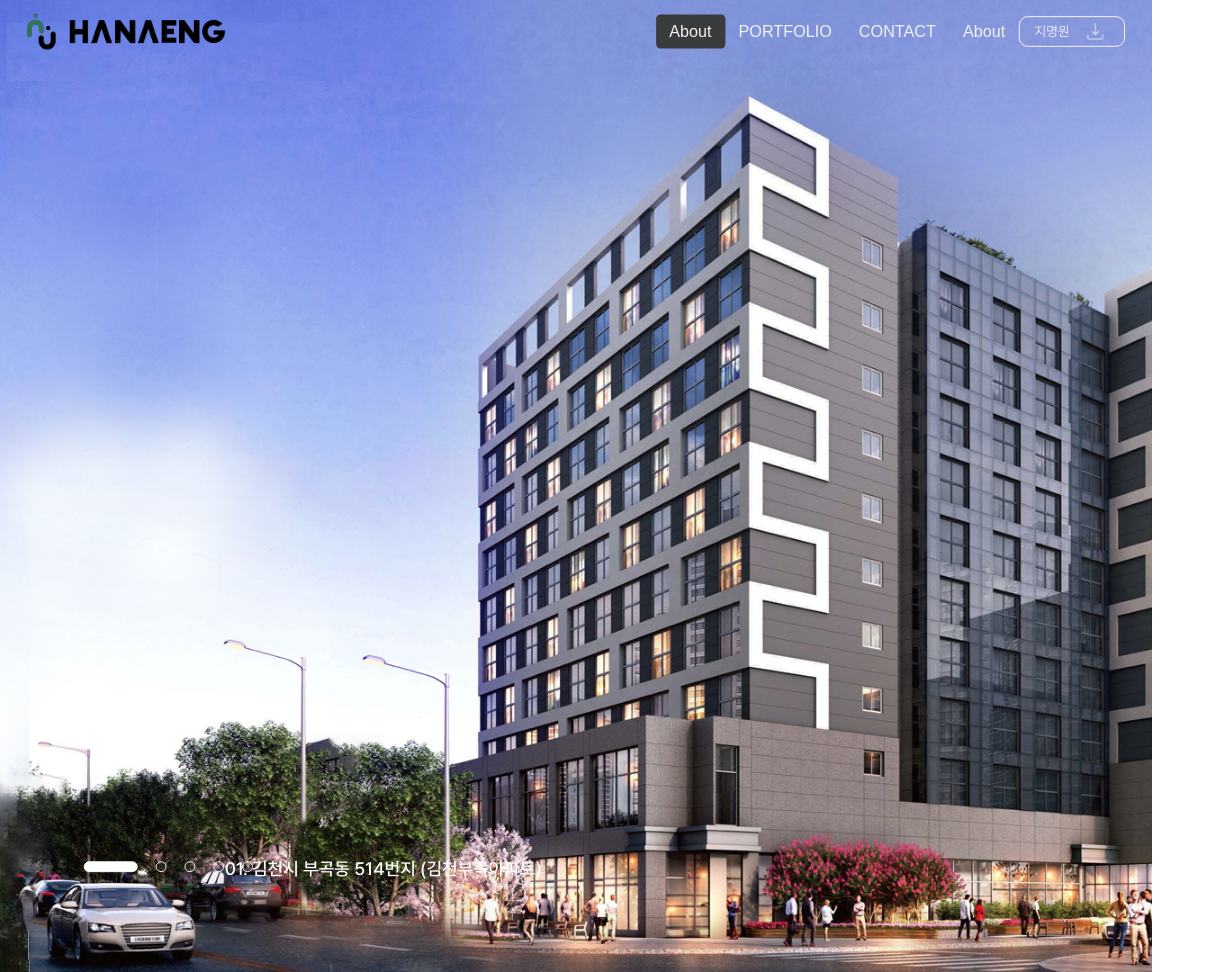
Repository: makeditWeb/hanaenc
Page: main.html
The author's editor kept a copy of each file at every save. The page is drawn from the files as they stood at one save, then again after the next save.
The browser window is 1280 px wide. The page is 1363 px wide, so the pictures cover 1363 px, including what lies to the right of the window. The pictures show the whole page, at 90% of full size.
The pointer rests on the first visible `.nav-links li a`.
Some web libraries are served in a nearby version.

Above is the page before, as saved 2023-07-05 20:26:00.

After the next save:
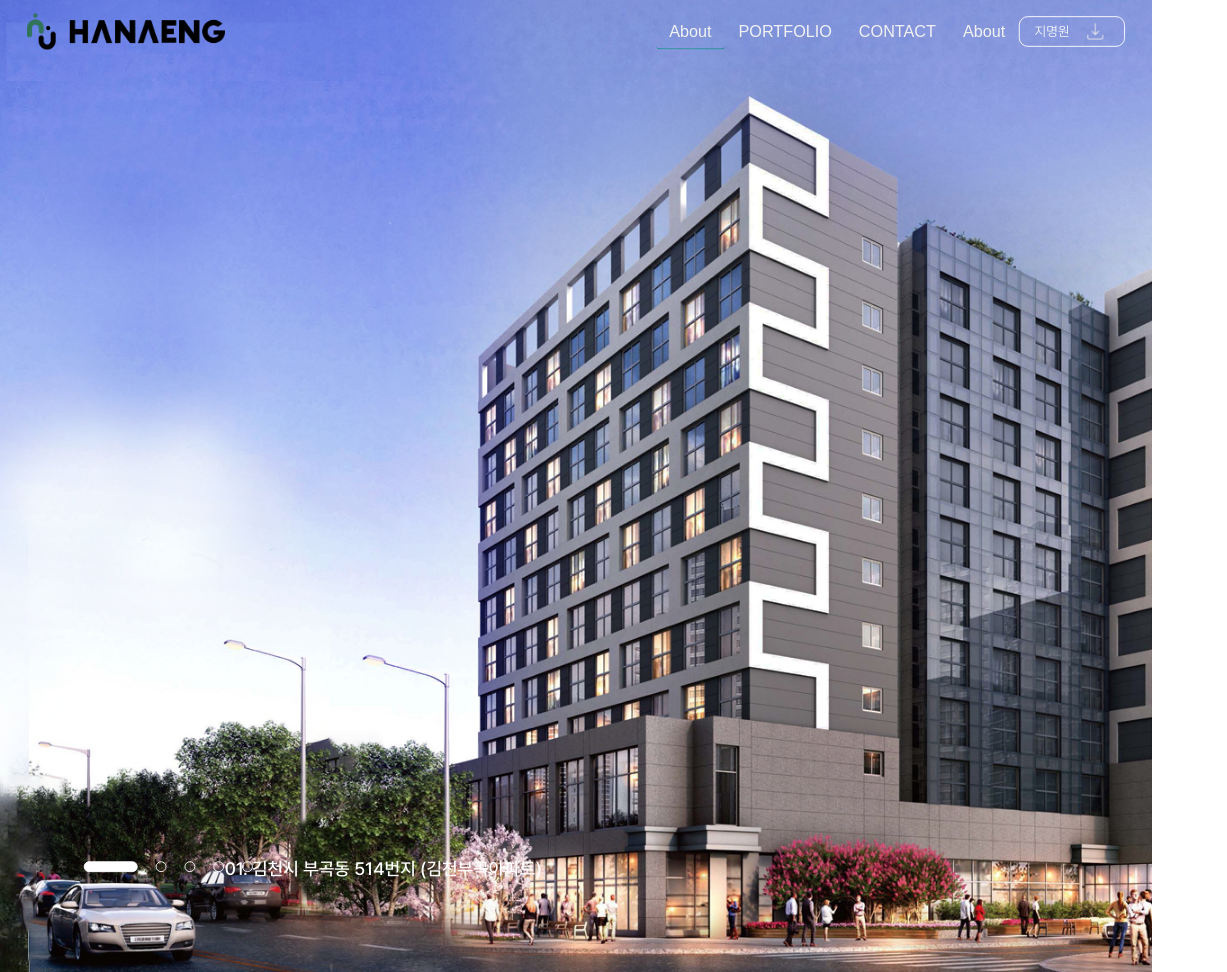
Saved 31 s later.
--- a/css/style.css
+++ b/css/style.css
@@ -150,7 +150,7 @@
 }
 
 .nav-links li a:hover {
-    background: #3A3B3C;
+    border-bottom: 1px solid var(--main-color);
 }
 
 .nav-links .mobile-item {
